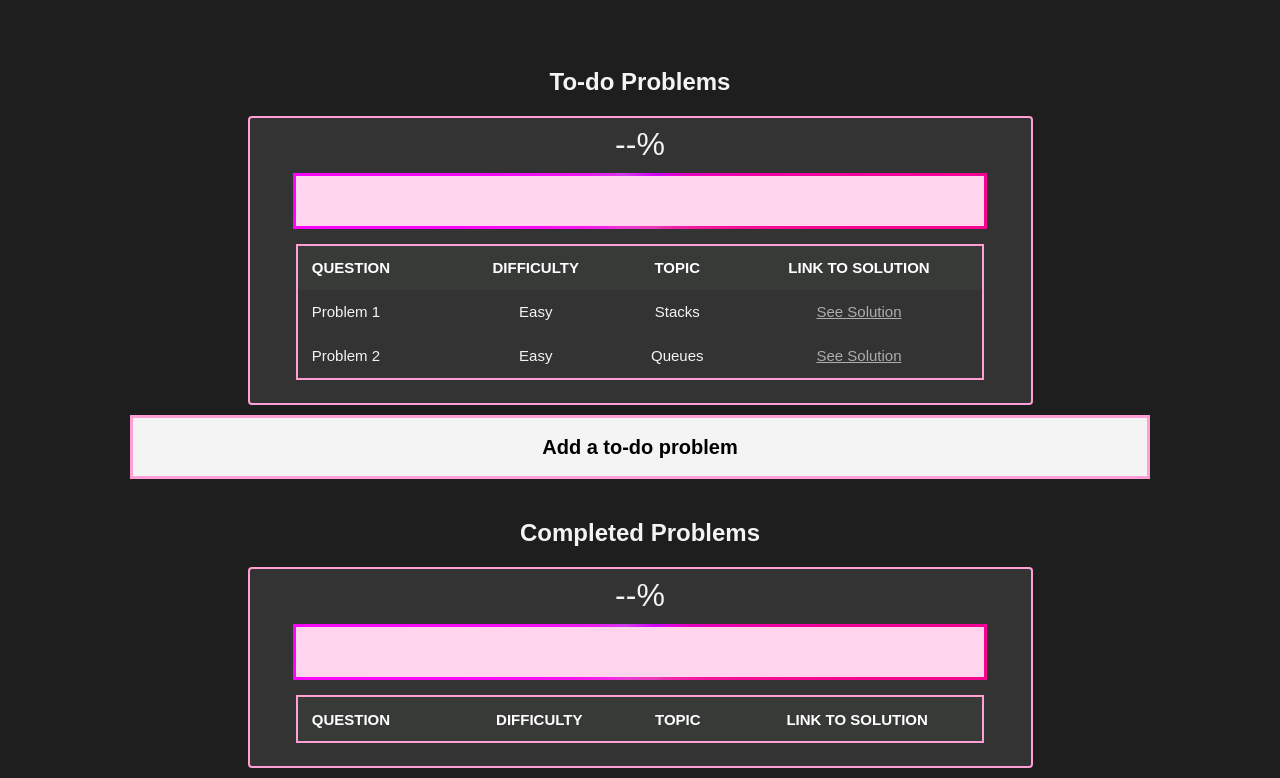
Repository: bbrockbrown/leet-code-tracker
Page: index.html
The author's editor kept a copy of each file at every save. The page is drawn from the files as they stood at one save, then again after the next save.
The browser window is 1280 px wide. The pictures show the whole page.

Above is the page before, as saved 2024-07-30 21:31:54.

After the next save:
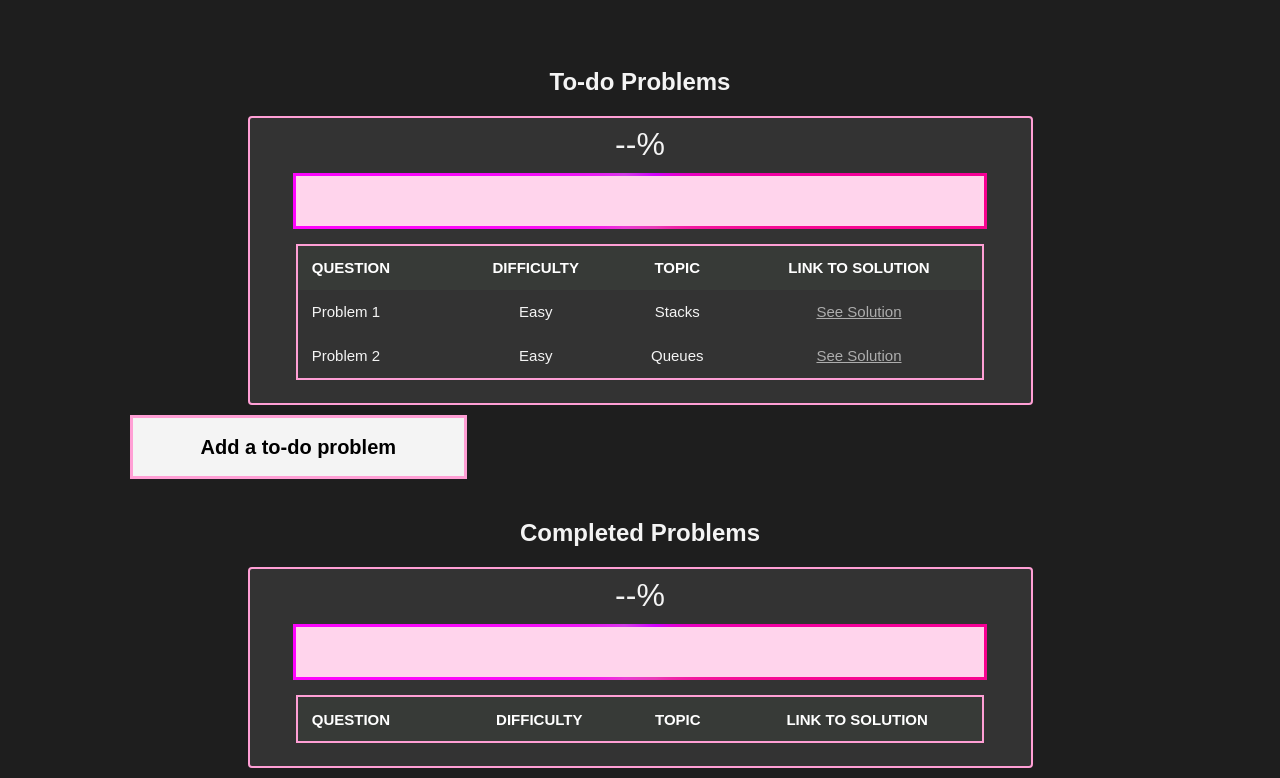
Saved 28 s later.
--- a/styles.css
+++ b/styles.css
@@ -174,5 +174,5 @@ button {
 }
 
 #add-problem-button {
-    flex: 1 3 0%;
+    width: 33%;
 }
